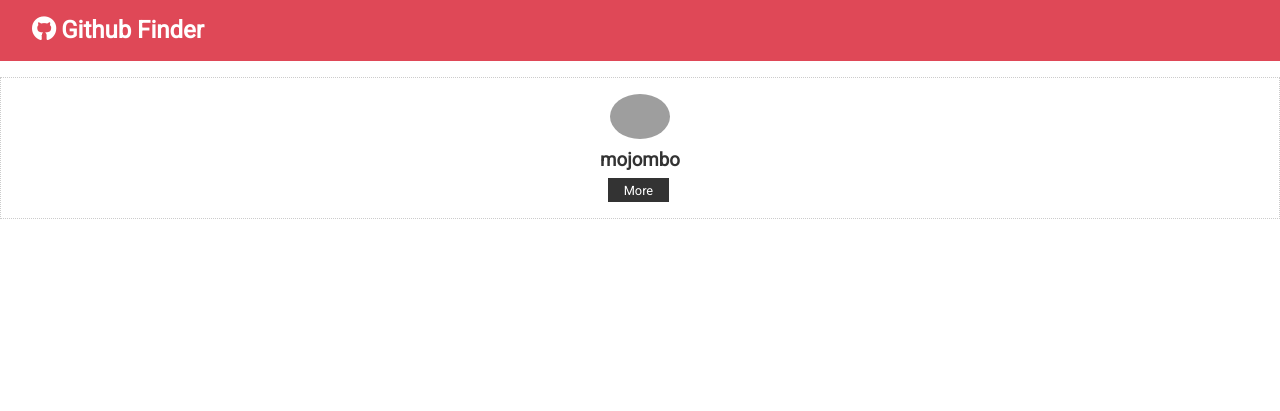
Repository: guicattani/fluffy-tribble-finder
Page: /
The author's editor kept a copy of each file at every save. The page is drawn from the files as they stood at one save, then again after a run of saves.
The browser window is 1280 px wide. The pictures show the whole page.
Pictures or frames that could not be fetched are drawn as grey boxes. Some web libraries are served in a nearby version. The project was rebuilt for these pictures with package versions that can differ from the ones it lists, and the page was loaded fresh each time.

Above is the page before, as saved 2020-02-26 17:11:28.

After the next 3 saves:
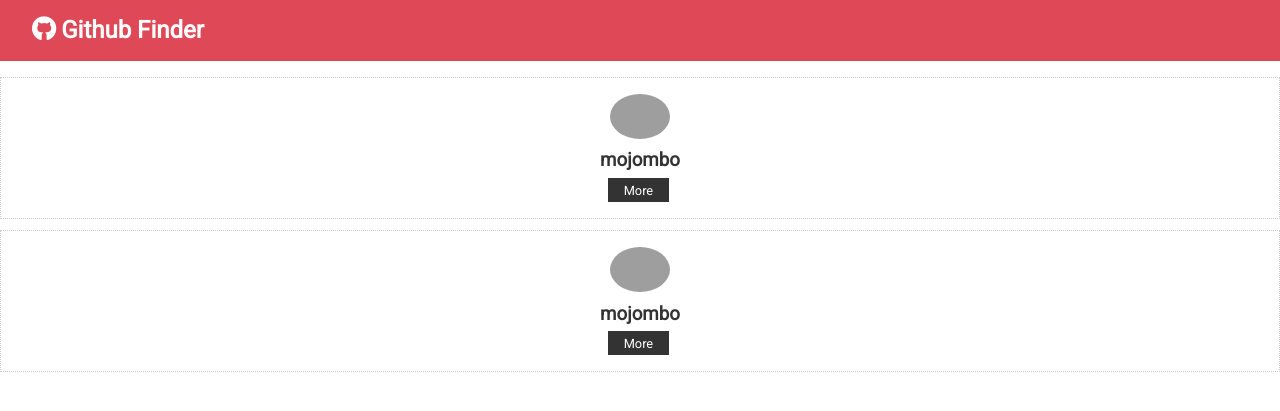
The 3 saves are shown as one change because 2 did not build or start.
The last was saved 33 s later.
--- a/src/App.js
+++ b/src/App.js
@@ -1,6 +1,6 @@
 import React, { Component } from "react";
 import Navbar from './components/layout/Navbar'
-import UserItem from './components/users/UserItem'
+import User from './components/users/User'
 import "./App.css";
 
 class App extends Component {
@@ -8,7 +8,7 @@
     return (
       <div className="App">
         <Navbar />
-        <UserItem />
+        <User />
       </div>
     );
   }
